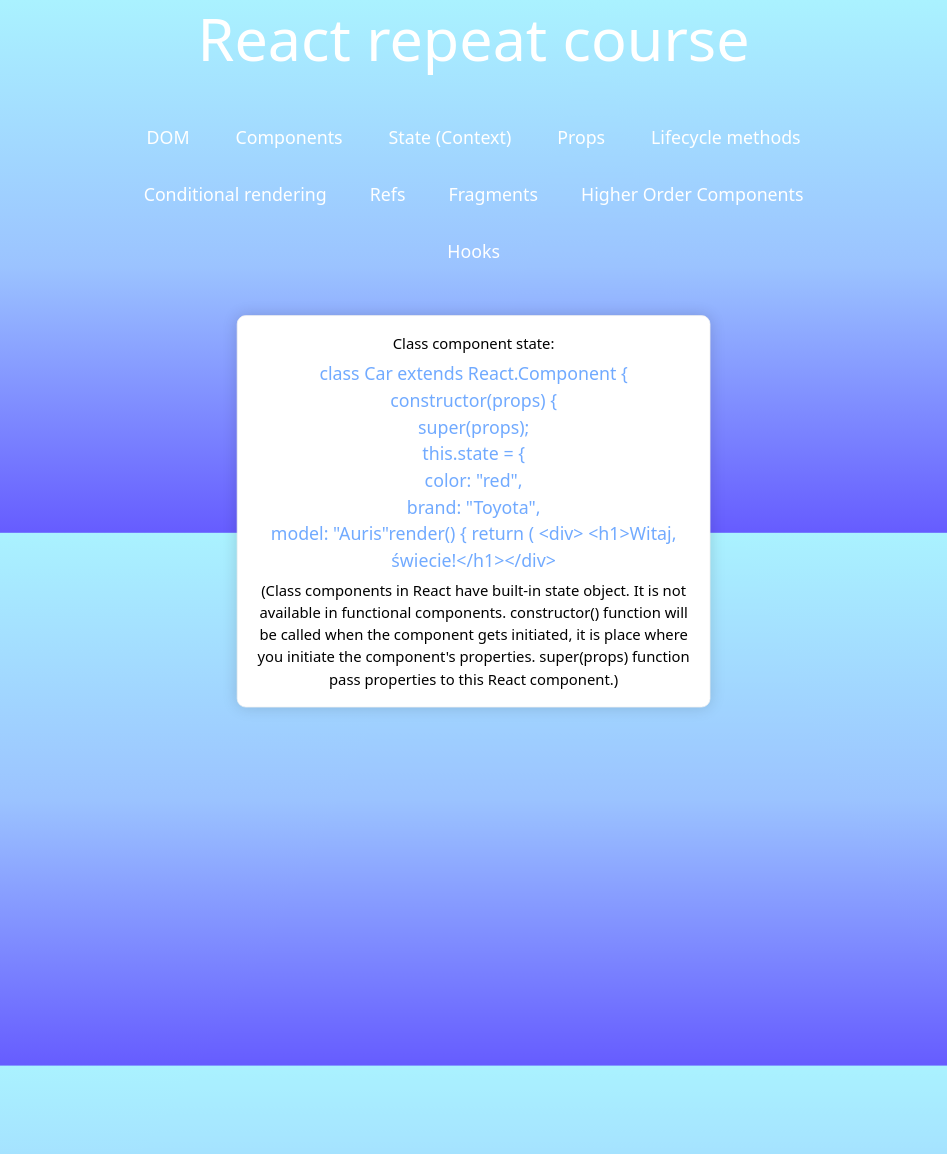
Repository: michalgornicki/github
Page: /#/State
The author's editor kept a copy of each file at every save. The page is drawn from the files as they stood at one save, then again after a run of saves.
The browser window is 1280 px wide. The pictures show the whole page, at 74% of full size.
Backgrounds fixed to the window are drawn as part of the page. The project was rebuilt for these pictures with package versions that can differ from the ones it lists, and the page was loaded fresh each time. Also part of the build but not shown: src/components/dom.jsx, src/components/components.jsx, src/components/props.jsx, src/components/lifecycle.jsx, src/components/conditional.jsx, src/components/refs.jsx, src/components/fragments.jsx, src/components/hoc.jsx and 1 more.

Above is the page before, as saved 2022-02-07 12:59:28.

### src/App.jsx
import React from "react";
import "./App.css";
import "bootstrap/dist/css/bootstrap.min.css";
import { Route, HashRouter as Router, Routes, Link } from "react-router-dom";
import DOM from "./components/dom.jsx";
import Components from "./components/components.jsx";
import State from "./components/state.jsx";
import Props from "./components/props.jsx";
import Lifecycle from "./components/lifecycle.jsx";
import Conditional from "./components/conditional.jsx";
import Refs from "./components/refs.jsx";
import Fragments from "./components/fragments.jsx";
import HOC from "./components/hoc.jsx";
import Hooks from "./components/hooks.jsx";

const App = () => {
  return (
    <Router>
      <div className="text-center">
        <div className="display-1 mt-1 mb-5 text-white">React repeat course</div>

        <div className="h4 d-flex w-75 m-auto my-5 justify-content-evenly flex-wrap text-white">
          <Link className="link-style m-3" to="/">
            DOM
          </Link>
          <Link className="link-style m-3" to="/Components">
            Components
          </Link>
          <Link className="link-style m-3" to="/State">
            State (Context)
          </Link>
          <Link className="link-style m-3" to="/Props">
            Props
          </Link>
          <Link className="link-style m-3" to="/Lifecycle">
            Lifecycle methods
          </Link>
          <Link className="link-style m-3" to="/Conditional">
            Conditional rendering
          </Link>
          <Link className="link-style m-3" to="/Refs">
            Refs
          </Link>
          <Link className="link-style m-3" to="/Fragments">
            Fragments
          </Link>
          <Link className="link-style m-3" to="/HOC">
            Higher Order Components
          </Link>
          <Link className="link-style m-3" to="/Hooks">
            Hooks
          </Link>
        </div>

        <Routes>
          <Route path="/" element={<DOM />} />
          <Route path="/Components" element={<Components />} />
          <Route path="/State" element={<State />} />
          <Route path="/Props" element={<Props />} />
          <Route path="/Lifecycle" element={<Lifecycle />} />
          <Route path="/Conditional" element={<Conditional />} />
          <Route path="/Refs" element={<Refs />} />
          <Route path="/Fragments" element={<Fragments />} />
          <Route path="/HOC" element={<HOC />} />
          <Route path="/Hooks" element={<Hooks />} />
        </Routes>
      </div>
    </Router>
  );
};

export default App;

### src/App.css
@import url('https://fonts.googleapis.com/css2?family=Catamaran:wght@400&display=swap');

body{
    font-family: 'Catamaran', sans-serif;
    overflow-x: hidden;
    padding-bottom: 80vh;
    height: auto;
    background: linear-gradient(rgb(170, 242, 255), rgb(155, 195, 255), rgb(102, 92, 255));
    background-attachment: fixed;
}

.js-item{
    color:rgb(0, 0, 0);
    font-size: 1.25rem;
    background-color: white;
    transition: 0.2s;
    padding: 3vh;
    margin-bottom: 4vh!important;
    border: 1px solid rgb(240, 240, 240);
    width: 50%;
    margin-left: auto;
    margin-right: auto;
    box-shadow: 0px 0px 20px rgba(0, 0, 0, 0.15);
    border-radius: 0.75rem;
}

.js-item:hover{
    cursor: pointer;
    background-color: rgb(240, 240, 240);
}

.text-color{
    margin: auto;
    padding: 0.5rem;
    width: fit-content;
    color:rgb(113, 170, 255)!important;
    font-size: 1.5rem;
    border-radius: 1rem;
}

.link-style{
    color: inherit;
    text-decoration: inherit;
    padding: 0.5rem;
    border-radius: 0.5rem;
}

.link-style:hover{
    color: rgb(113, 170, 255);
    text-decoration: inherit;
}

@media only screen and (max-device-width: 600px), (max-width: 600px) {

    .js-item{
        width: 95%;
    }

}

### src/components/state.jsx
const State = () => {
  return (
    <div className="">
      <div className="js-item">
        {" "}
        <div className="">Class component state: </div>
        <div className="text-color">
          {`class Car extends React.Component {`} <br />
          {`constructor(props) {`} <br />
          {`super(props);`}{" "} <br />
          {`this.state = {`} <br />
          {`color: "red",`} <br />
          {`brand: "Toyota",`} <br />
          {`model: "Auris"`}
          {`render() {`}{" "}
          {`return (`}{" "}
          {`<div>`}{" "}
          {`<h1>Witaj, świecie!</h1>`}
          {`</div>`}{" "}
        </div>{" "}
        (Class components in React have built-in state object. It is not available in functional components. constructor() function will be called when the component gets initiated, it is place where you initiate the component's properties. super(props) function pass properties to this React component.)
      </div>
    </div>
  );
};

export default State;

Loaded but not shown: public/index.html (common file); src/index.js (common file); src/index.css (common file); src/reportWebVitals.js (common file)

After the next 4 saves:
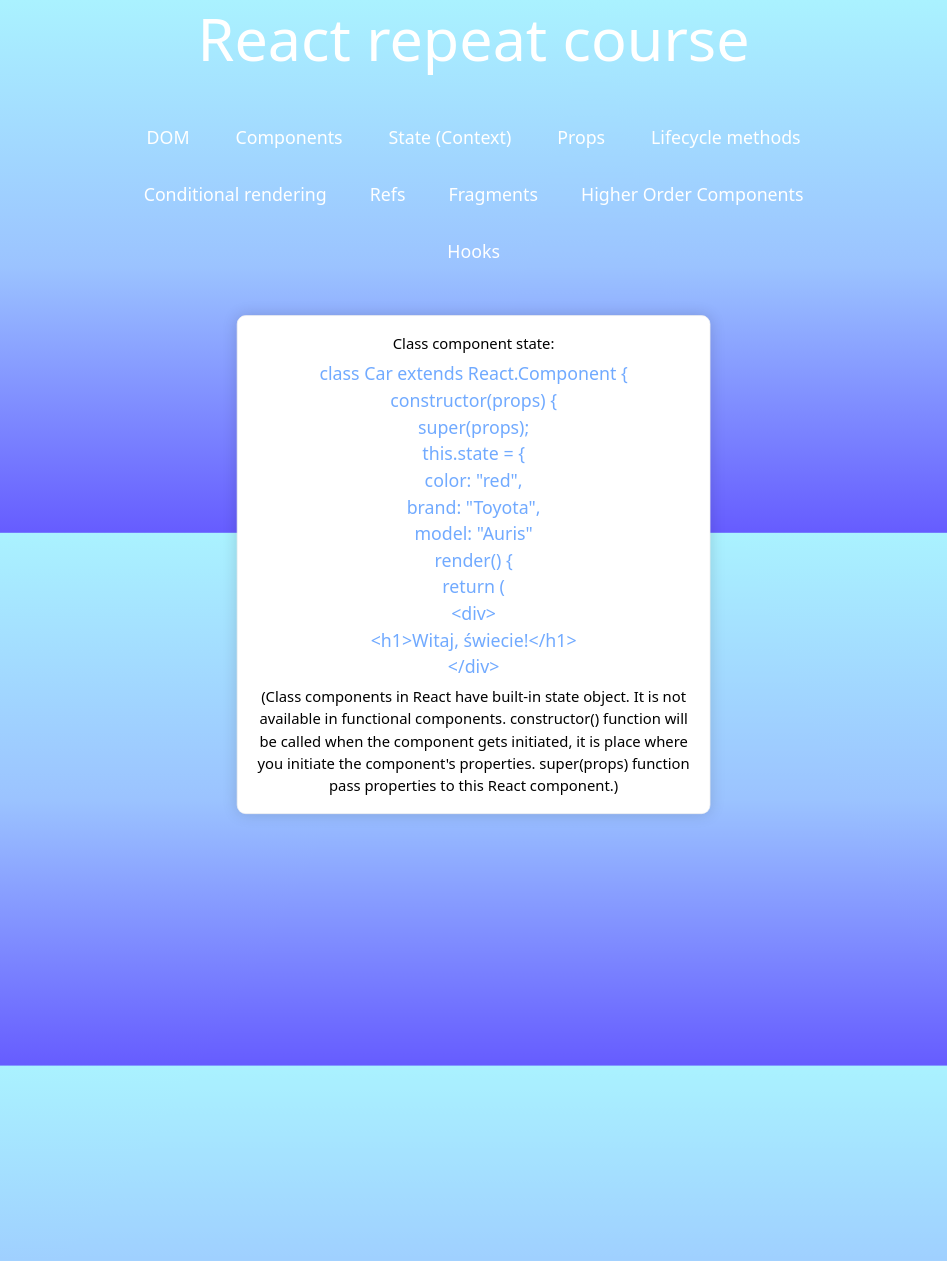
The 4 saves are shown as one change because they came seconds apart.
The last was saved 8 s later.
--- a/src/components/state.jsx
+++ b/src/components/state.jsx
@@ -11,11 +11,11 @@
           {`this.state = {`} <br />
           {`color: "red",`} <br />
           {`brand: "Toyota",`} <br />
-          {`model: "Auris"`}
-          {`render() {`}{" "}
-          {`return (`}{" "}
-          {`<div>`}{" "}
-          {`<h1>Witaj, świecie!</h1>`}
+          {`model: "Auris"`} <br />
+          {`render() {`}{" "} <br />
+          {`return (`}{" "} <br />
+          {`<div>`}{" "} <br />
+          {`<h1>Witaj, świecie!</h1>`} <br />
           {`</div>`}{" "}
         </div>{" "}
         (Class components in React have built-in state object. It is not available in functional components. constructor() function will be called when the component gets initiated, it is place where you initiate the component's properties. super(props) function pass properties to this React component.)
